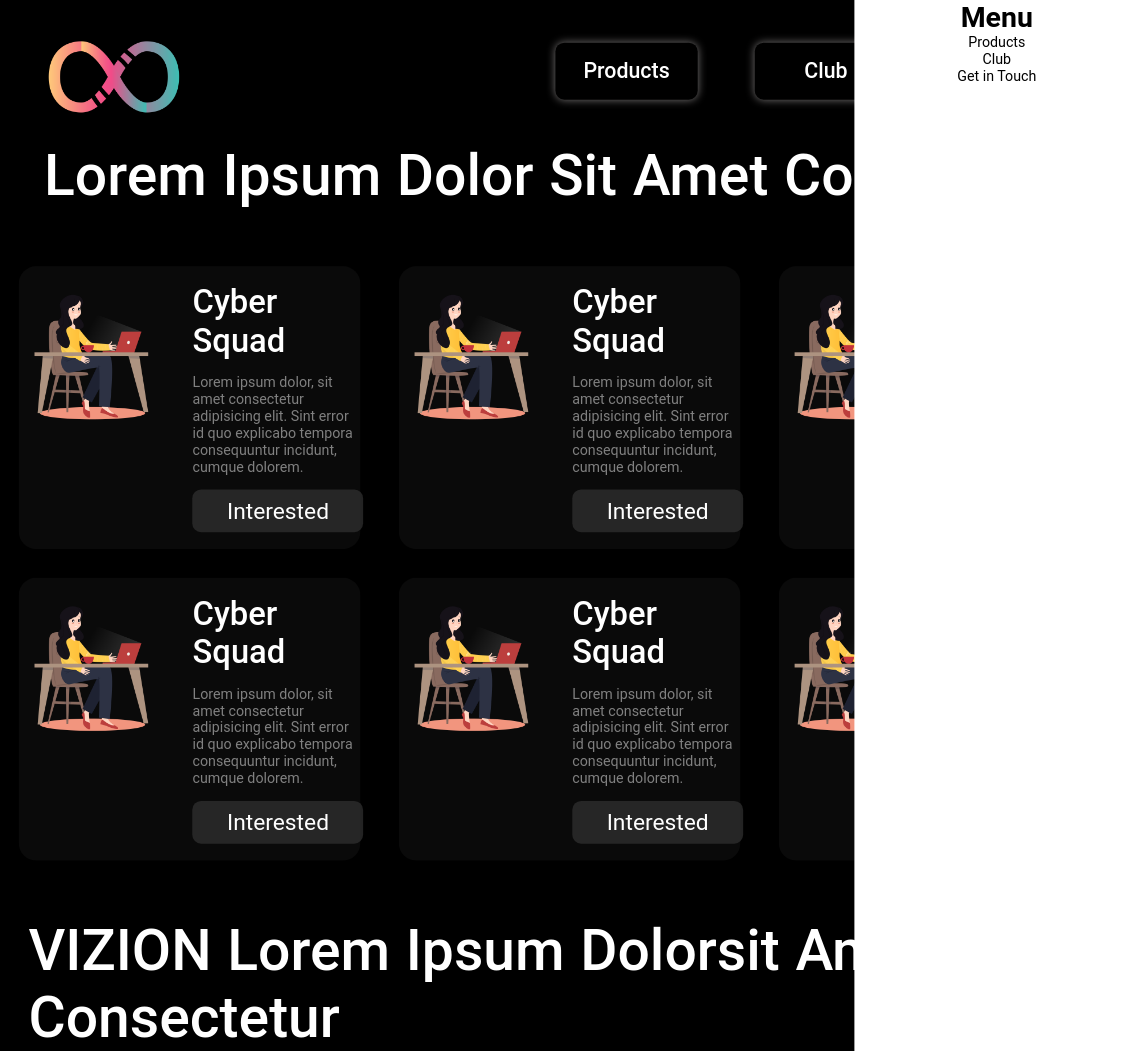
Repository: kapil4457/vizion-internship-project
Page: /
These files come from the project's save history. The page is drawn as it stood at one moment and after the next save; the edit follows.
The browser window is 1280 px wide. The pictures show the whole page, at 89% of full size.
The project was rebuilt for these pictures with package versions that can differ from the ones it lists, and the page was loaded fresh each time. Also part of the build but not shown: src/index.css.

Above is the page before, as saved 2022-10-29 10:49:41.

### public/index.html
<!DOCTYPE html>
<html lang="en">
  <head>
    <meta charset="utf-8" />
    <link rel="icon" href="%PUBLIC_URL%/favicon.ico" />
    <meta name="viewport" content="width=device-width, initial-scale=1" />
    <meta name="theme-color" content="#000000" />
    <meta
      name="description"
      content="Web site created using create-react-app"
    />
    <link rel="preconnect" href="https://fonts.googleapis.com">
    <link rel="apple-touch-icon" href="%PUBLIC_URL%/logo192.png" />
    <!--
      manifest.json provides metadata used when your web app is installed on a
      user's mobile device or desktop. See https://developers.google.com/web/fundamentals/web-app-manifest/
    -->
    <link rel="manifest" href="%PUBLIC_URL%/manifest.json" />
    <!--
      Notice the use of %PUBLIC_URL% in the tags above.
      It will be replaced with the URL of the `public` folder during the build.
      Only files inside the `public` folder can be referenced from the HTML.

      Unlike "/favicon.ico" or "favicon.ico", "%PUBLIC_URL%/favicon.ico" will
      work correctly both with client-side routing and a non-root public URL.
      Learn how to configure a non-root public URL by running `npm run build`.
    -->
    <title>React App</title>
  </head>
  <body>
    <noscript>You need to enable JavaScript to run this app.</noscript>
    <div id="root"></div>
    <!--
      This HTML file is a template.
      If you open it directly in the browser, you will see an empty page.

      You can add webfonts, meta tags, or analytics to this file.
      The build step will place the bundled scripts into the <body> tag.

      To begin the development, run `npm start` or `yarn start`.
      To create a production bundle, use `npm run build` or `yarn build`.
    -->
  </body>
</html>

### src/index.js
import React from 'react';
import ReactDOM from 'react-dom/client';
import './index.css';
import App from './App';
import reportWebVitals from './reportWebVitals';
import { BrowserRouter } from 'react-router-dom';
const root = ReactDOM.createRoot(document.getElementById('root'));
root.render(
  <BrowserRouter >
  <React.StrictMode>
    <App />
  </React.StrictMode>
  </BrowserRouter>
);

// If you want to start measuring performance in your app, pass a function
// to log results (for example: reportWebVitals(console.log))
// or send to an analytics endpoint. Learn more: https://bit.ly/CRA-vitals
reportWebVitals();

### src/App.js
import { Route, Routes } from 'react-router-dom';
import './App.css';
import Header from './components/Header/Header';
import Home from './components/Home/Home';

function App() {
  return (
   <>
<Header />
   <Routes>
<Route exact path='/' element={<Home />} />


   </Routes>



   </>
  );
}

export default App;

### src/App.css
*{
margin:0;
padding:0;
box-sizing: border-box;
font-family: 'Roboto', sans-serif;}

body{
  background-color: black;
  color : white;

}
a{
  text-decoration: none;;
  color:white;
}

.active{
  color:red;
}

body::-webkit-scrollbar {
  display: none;
}

### src/components/Header/Header.jsx
import React from "react";
import { NavLink } from "react-router-dom";
import Logo from "./logo.png";
import MenuIcon from "@mui/icons-material/Menu";
import "./Header.css";
const Header = () => {
  return (
    <div className="main-header">
      <div className="side-header">
        <h2>Menu</h2>
        <NavLink to="/products">Products</NavLink>
        <NavLink to="/club">Club</NavLink>
        <NavLink to="/contact">Get in Touch</NavLink>
      </div>

      <NavLink to="/" className="left-header">
        <img src={Logo} alt="" />
      </NavLink>
      <div className="right-header">
        <NavLink to="/products">Products</NavLink>
        <NavLink to="/club">Club</NavLink>
        <NavLink to="/contact">Get in Touch</NavLink>
      </div>
      <div className="right-ham">
        <MenuIcon />
      </div>
    </div>
  );
};

export default Header;

### src/components/Home/Home.jsx
import React from "react";
import { data } from "../../item";
import "./Home.css";
import HomeCard from "./HomeCard";
const Home = () => {
  return (
    <div className="main-home">
      <h2 className="heading">Lorem ipsum dolor sit amet consectetur</h2>

      <div className="home-card-container">
        {data.map((item, key) => (
          <HomeCard item={item} key={key} />
        ))}
      </div>
      <h2 className="heading">VIZION Lorem Ipsum Dolorsit Amet Consectetur</h2>
    </div>
  );
};

export default Home;

### src/components/Header/Header.css
body{
    position:relative;
}
.main-header{
    height:10rem;
    width:100%;
    display:flex;
    justify-content: space-between;
    align-items: center;
    padding:0rem 3rem
}

.main-header > .left-header >img{
    height:10rem;

}

.main-header > .right-header
{
    display:flex;
    gap:4rem;
    font-size:1.5rem;
    font-weight:550;
}

.main-header > .right-header>a{
    height:4rem;
    width:10rem;
    display:flex;
    justify-content: center;
   align-items: center;
   border-radius:10px;
   box-shadow: 0px 0px 10px rgba(243, 238, 238,0.5);
   transition: all 0.2s;
}
.main-header > .right-header>a:hover{

    box-shadow: 0px 0px 20px rgba(243, 238, 238,0.5);
    transform: scale(1.01);
   }

   .right-ham{
    display: none;
   }
   .right-ham>svg{

    font-size:3rem;

   }


   .side-header{
    position:absolute;
    right:0;
    top:0;
    bottom:0;
    background-color: white;
    z-index: 999;
    width:20rem;
    display:flex;
    align-items: center;
    flex-direction: column;
}
.side-header > h2{
    font-size:2rem;
}
.side-header>a , .side-header>h2{
    color:black;
}

   @media (max-width:768px ){
.main-header{
    padding:0 1rem;
}
   .main-header > .right-header{
        display:none;
    }
    .right-ham{
        display:flex;
    }
   }

### src/item.js
export const data = [
    {
        title : "Cyber Squad",
        description : "Lorem ipsum dolor, sit amet consectetur adipisicing elit. Sint error id quo explicabo tempora consequuntur incidunt, cumque dolorem.        "
    },
    {
        title : "Cyber Squad",
        description : "Lorem ipsum dolor, sit amet consectetur adipisicing elit. Sint error id quo explicabo tempora consequuntur incidunt, cumque dolorem.        "
    },
    {
        title : "Cyber Squad",
        description : "Lorem ipsum dolor, sit amet consectetur adipisicing elit. Sint error id quo explicabo tempora consequuntur incidunt, cumque dolorem.        "
    },
    {
        title : "Cyber Squad",
        description : "Lorem ipsum dolor, sit amet consectetur adipisicing elit. Sint error id quo explicabo tempora consequuntur incidunt, cumque dolorem.        "
    },
    {
        title : "Cyber Squad",
        description : "Lorem ipsum dolor, sit amet consectetur adipisicing elit. Sint error id quo explicabo tempora consequuntur incidunt, cumque dolorem.        "
    },
    {
        title : "Cyber Squad",
        description : "Lorem ipsum dolor, sit amet consectetur adipisicing elit. Sint error id quo explicabo tempora consequuntur incidunt, cumque dolorem.        "
    }
]

### src/components/Home/Home.css
.main-home{
    color:white;
    width:100%;
    display: flex;
    flex-direction: column;
    gap:4rem;
}

.main-home > h2{
    width:100%;
    display: flex;
    justify-content: center;
    align-items:center;
    font-size:4rem;
    word-spacing: 0.1rem;
    font-weight:450;
    text-transform: capitalize;
    padding:0 2rem;

}


.main-home > .home-card-container{
    display:grid;
    grid-template-columns: 1fr 1fr 1fr;
    row-gap: 2rem;
    place-items: center;
}


@media (max-width: 768px){

    .main-home > .home-card-container{
    grid-template-columns: 1fr;

}

.main-home > h2{
font-size:3rem;

}
}

### src/components/Home/HomeCard.jsx
import React from "react";
import "./HomeCard.css";
import Image from "./cardImage.png";
const HomeCard = ({ item }) => {
  return (
    <div className="home-card">
      <img src={Image} alt="" />
      <div className="card-info">
        <h2>{item.title}</h2>
        <p>{item.description}</p>
        <button>Interested</button>
      </div>
    </div>
  );
};

export default HomeCard;

### src/components/Home/HomeCard.css
.home-card{
    width:90%;
    display:flex;
    padding:1rem 0;
    gap:1rem;
    padding-top:1rem;
    background-color: rgba(51, 50, 50, 0.2);
    border-radius: 20px;
    border:3px solid rgba(51, 50, 50, 0.0);
    transition: all 0.4s;

}
.home-card:hover{
    border:3px solid blue;
}
.home-card>img{
    height:10rem;

}
.home-card > .card-info{
    display:flex;
    flex-direction: column;
    gap:1rem;
    padding:0 1rem;
    align-items: center;

}
.home-card > .card-info > h2{
    font-size: 2.3rem;
    font-weight: 450;
}
.home-card > .card-info > p{
    color:gray
}
.home-card > .card-info > button{
    background-color: rgba(51, 50, 50, 0.7);
    border:none;
    outline:none;
    width:12rem;
    border-radius: 10px;
    font-size:1.6rem;
    color:white;
    height:3rem;
    transition: all 0.4s;
    cursor:pointer;
}
.home-card > .card-info > button:hover{

    background-color: rgba(51, 50, 50, 0.9);
}


@media(max-width:768px){
    .home-card{
        flex-direction: column;
    }
.home-card>img{
    height:15rem;
    width:auto;
}
}

Loaded but not shown: src/reportWebVitals.js (common file)

After the next save:
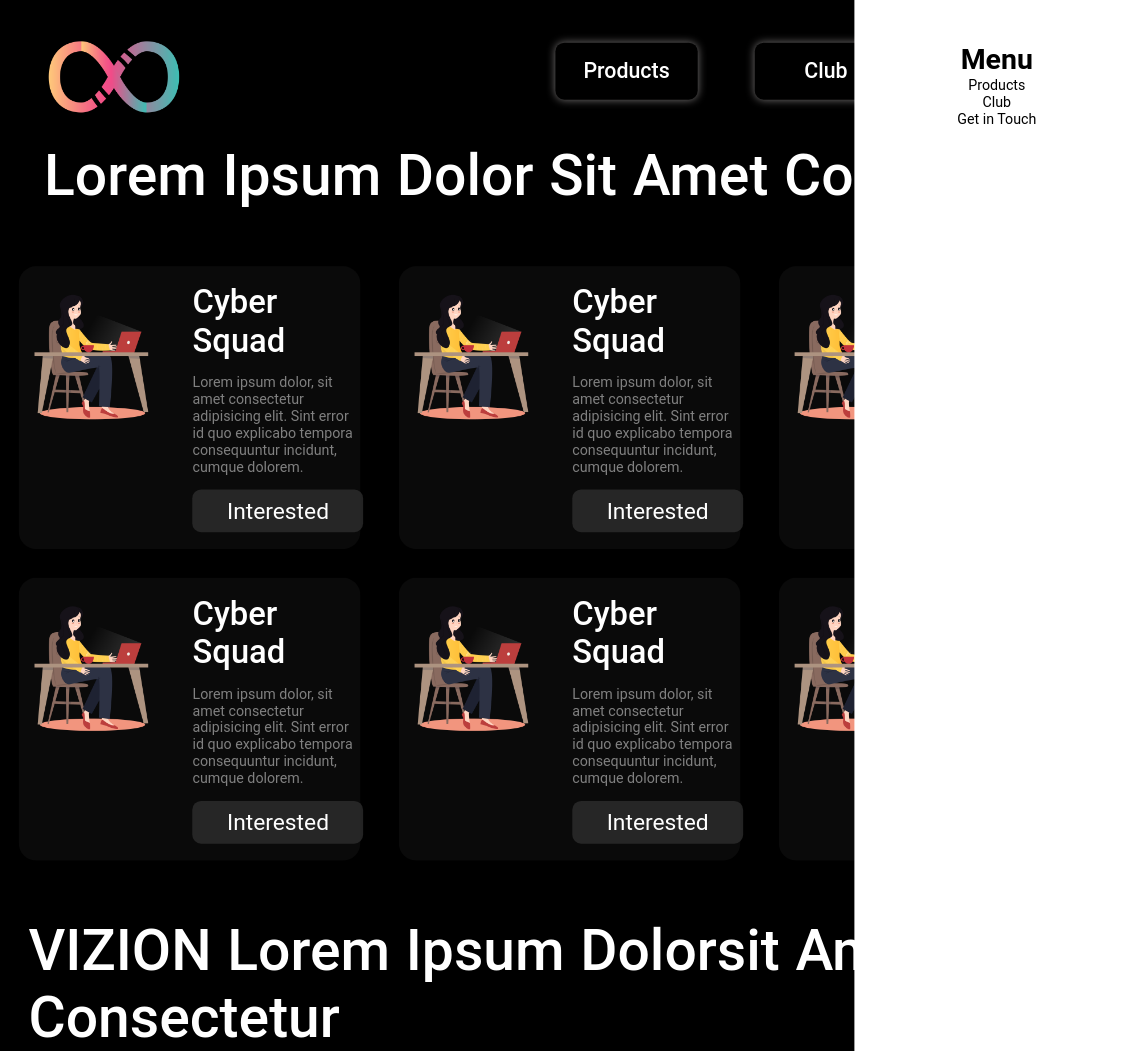
Saved 8 s later.
--- a/src/components/Header/Header.css
+++ b/src/components/Header/Header.css
@@ -60,6 +60,7 @@ body{
     display:flex;
     align-items: center;
     flex-direction: column;
+    padding-top:3rem;
 }
 .side-header > h2{
     font-size:2rem;
